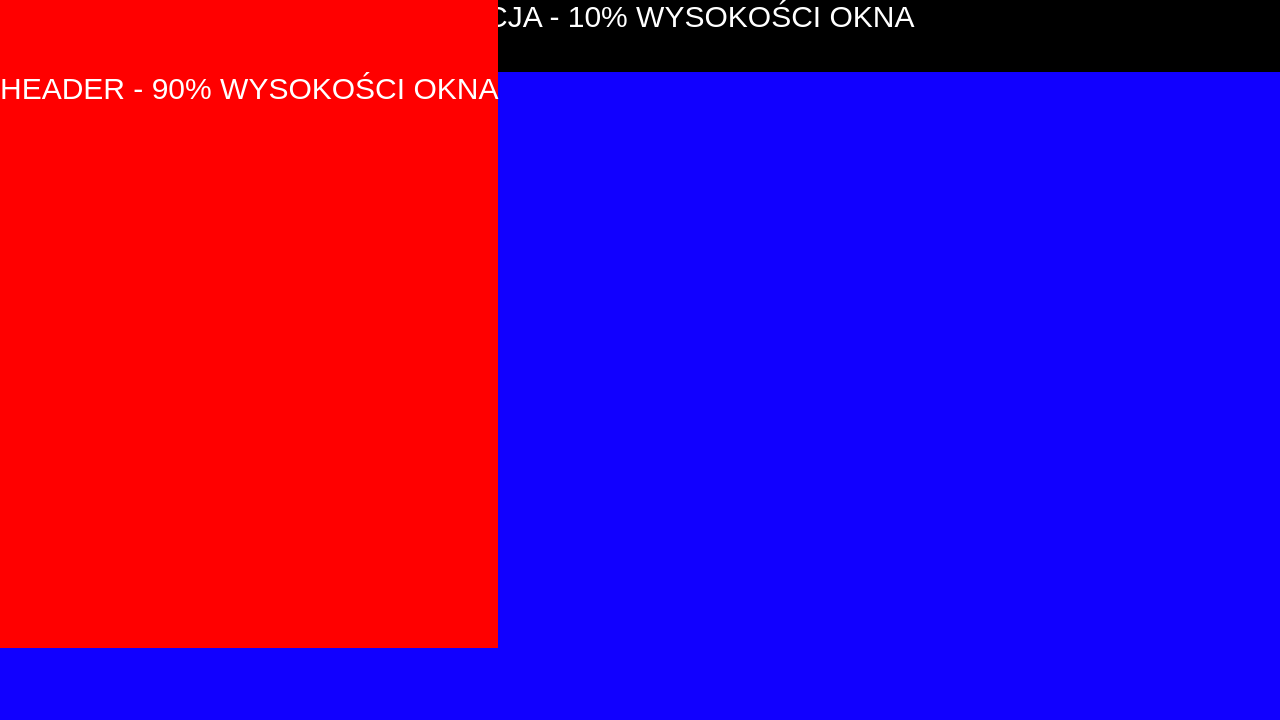
Repository: jasonj2333/advance_CSS
Page: 01-Header, Nav/start.html
These files come from the project's save history. The page is drawn as it stood at one moment and after the next save; the edit follows.
The browser window is 1280 px wide. The pictures show the whole page.

Above is the page before, as saved 2019-04-23 18:34:16.

### 01-Header, Nav/start.html
<!DOCTYPE html>
<html lang="pl">

<head>
    <meta charset="UTF-8">
    <title>Najeżdzanie na header, nav przypięty</title>
    <style>
        * {
            margin: 0;
            padding: 0;
            box-sizing: border-box;
        }

        html {
            text-align: center;
            color: white;
            font-size: 30px;
            text-transform: uppercase;
            font-family: arial;

        }

        nav {
            background-color: #000;
            height: 10vh;
            width: 100%;
            position: fixed;
        }

        header {
            background-color: rgb(255, 0, 0);
            padding-top: 10vh;
            height: 90vh;
            position: absolute;
        }

        main {
            height: 100vh;
            background-color: rgb(17, 0, 255);
        }
    </style>
</head>

<body>
    <nav>
        Nawigacja - 10% wysokości okna
    </nav>
    <header>
        Header - 90% wysokości okna
    </header>
    <main>
        Główna zawartość - 100% wysokości okna
    </main>
</body>

</html>

After the next save:
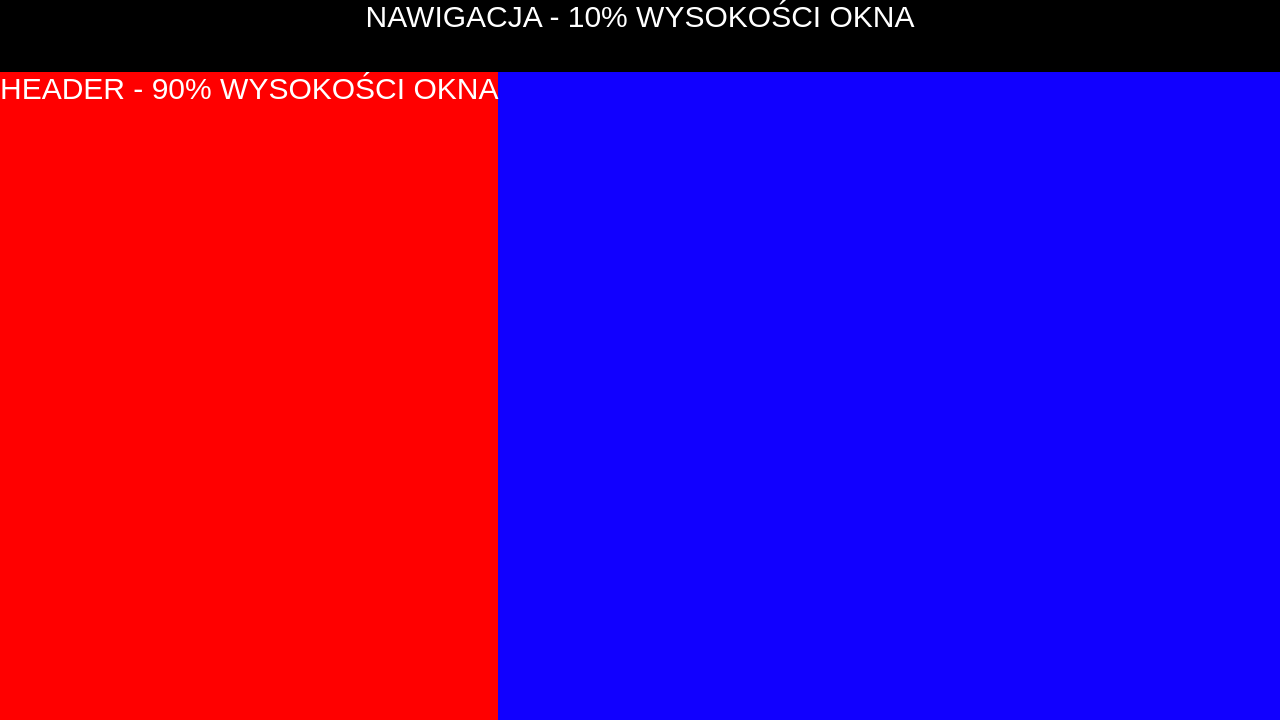
Saved 14 s later.
--- a/01-Header, Nav/start.html
+++ b/01-Header, Nav/start.html
@@ -29,9 +29,10 @@
 
         header {
             background-color: rgb(255, 0, 0);
-            padding-top: 10vh;
+            position: absolute;
+            top: 10vh;
+            left: 0;
             height: 90vh;
-            position: absolute;
         }
 
         main {
